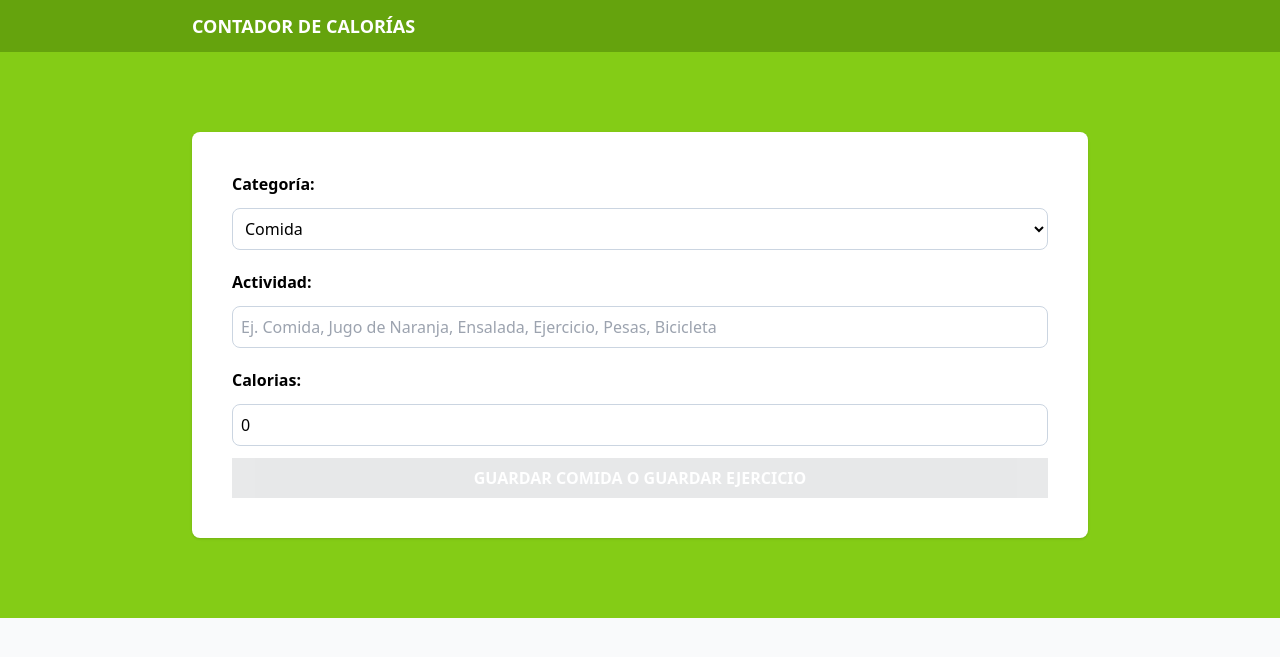
Repository: Samuel-Leal96/contador-calorias-react
Page: /
These files come from the project's save history. The page is drawn as it stood at one moment and after the next save; the edit follows.
The browser window is 1280 px wide. The pictures show the whole page.
The project was rebuilt for these pictures with package versions that can differ from the ones it lists, and the page was loaded fresh each time. Also part of the build but not shown: vite.config.ts.

Above is the page before, as saved 2025-10-25 17:04:49.

### index.html
<!doctype html>
<html lang="en">
  <head>
    <meta charset="UTF-8" />
    <link rel="icon" type="image/svg+xml" href="/vite.svg" />
    <meta name="viewport" content="width=device-width, initial-scale=1.0" />
    <title>Contador de calorias - React y typescript</title>
  </head>
  <body class="bg-gray-50">
    <div id="root"></div>
    <script type="module" src="/src/main.tsx"></script>
  </body>
</html>

### src/App.tsx
import Form from "./components/Form"


function App() {

  return (
    <>
      <header className="bg-lime-600 py-3">
        <div className="max-w-4xl mx-auto flex justify-between">
          <h1 className="text-center text-lg font-bold text-white uppercase">
            Contador de calorías
          </h1>
        </div>
      </header>


      <section className="bg-lime-500 py-20 px-5">
        <div className="max-w-4xl mx-auto">
          <Form/>
        </div>
      </section>
    </>
  )
}

export default App

### src/components/Form.tsx
import { useState, type ChangeEvent } from "react"
import { type Activity } from "../types"
import { categories } from "../data/categories"

export default function
  () {

  const [activity, setActivity] = useState<Activity>({
    category: 1,
    name: '',
    calories: 0
  })

  const handleChange = (e: ChangeEvent<HTMLSelectElement> | ChangeEvent<HTMLInputElement>) => {
    const isNumberField = ['category', 'calories'].includes(e.target.id)

    setActivity({
      ...activity,
      [e.target.id]: isNumberField ? +e.target.value : e.target.value
    })
  }

  const isValidActivity = () => {
    const { name, calories } = activity
    return name.trim() !== '' && calories > 0
  }

  return (
    <div>
      <form
        className="space-y-5 bg-white shadow p-10 rounded-lg"
      >
        <div className="grid grid-cols-1 gap-3" >

          <label htmlFor="category" className="font-bold">Categoría:</label>

          <select
            className="border border-slate-300 p-2 rounded-lg w-full bg-white"
            id="category"
            value={activity.category}
            onChange={handleChange}
          >
            {categories.map(category => (
              <option
                key={category.id}
                value={category.id}
              >
                {category.name}
              </option>
            ))}
          </select>

        </div>

        <div className="grid grid-cols-1 gap-3" >
          <label htmlFor="name" className="font-bold">Actividad:</label>

          <input
            id="name"
            type="text"
            className="border border-slate-300 p-2 rounded-lg"
            placeholder="Ej. Comida, Jugo de Naranja, Ensalada, Ejercicio, Pesas, Bicicleta"
            value={activity.name}
            onChange={handleChange}
          >
          </input>

        </div>

        <div className="grid grid-cols-1 gap-3" >
          <label htmlFor="calories" className="font-bold">Calorias:</label>

          <input
            id="calories"
            type="number"
            className="border border-slate-300 p-2 rounded-lg"
            placeholder="Calorias. Ej. 300 ó 500"
            value={activity.calories}
            onChange={handleChange}
          >
          </input>


          <input
            type="submit"
            className="bg-gray-800 hover:bg-gray-900 w-full p-2 font-bold uppercase text-white cursor-pointer disabled:opacity-10"
            value='Guardar comida o guardar ejercicio'
            disabled={!isValidActivity()}
          >
          </input>

        </div>


      </form>
    </div>
  )
}

### src/data/categories.tsx
import type { Category } from "../types"

export const categories : Category[] = [
    { id: 1, name: 'Comida' },
    { id: 2, name: 'Ejercicio' }
]

Loaded but not shown: src/main.tsx (common file); src/index.css (common file); tailwind.config.js (common file)

After the next save:
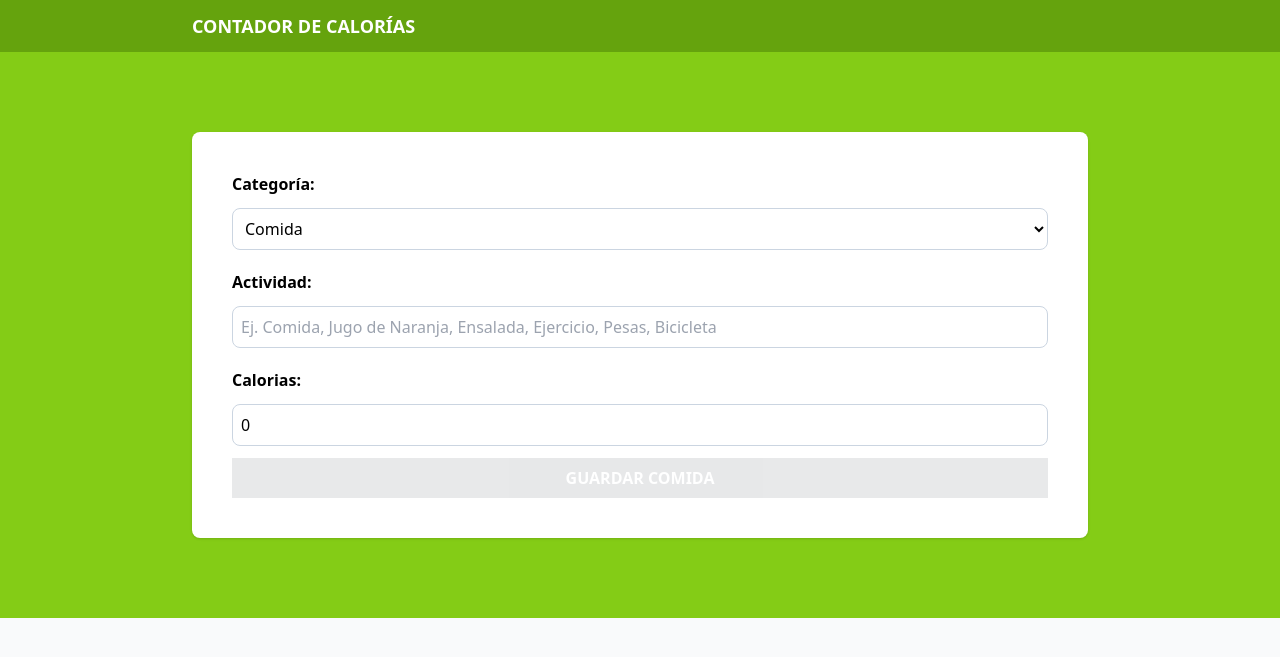
Saved 5 min 46 s later.
--- a/src/components/Form.tsx
+++ b/src/components/Form.tsx
@@ -84,7 +84,7 @@ export default function
           <input
             type="submit"
             className="bg-gray-800 hover:bg-gray-900 w-full p-2 font-bold uppercase text-white cursor-pointer disabled:opacity-10"
-            value='Guardar comida o guardar ejercicio'
+            value={activity.category === 1 ? 'Guardar comida' : 'Guardar ejercicio'}
             disabled={!isValidActivity()}
           >
           </input>
